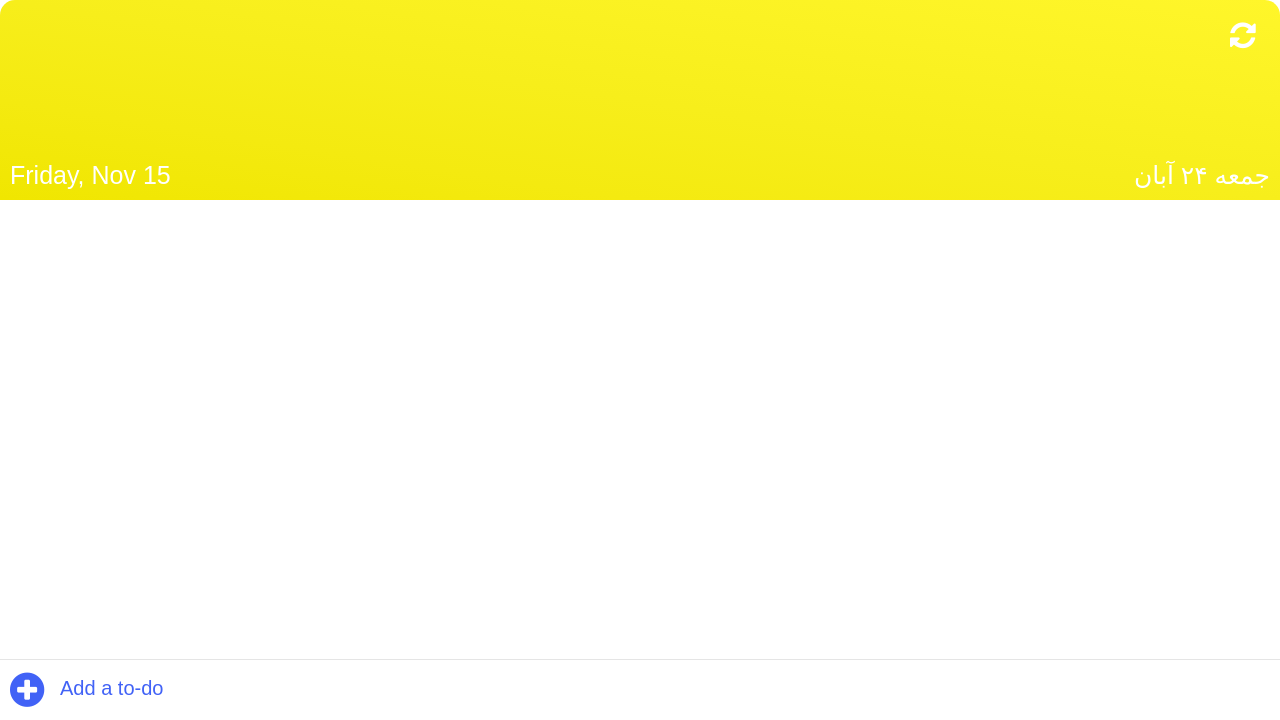
Repository: abouzarSoleymani/todo-js
Page: index.html
These files come from the project's save history. The page is drawn as it stood at one moment and after a run of saves; the edit follows.
The browser window is 1280 px wide. The pictures show the whole page.

Above is the page before, as saved 2019-11-15 16:13:11.

### index.html
<!-- CODE EXPLAINED CHANNEL -->
<!DOCTYPE html>
<html lang="en">
<head>
    <meta charset="UTF-8">
    <title>JavaScript - To Do List</title>
    <link href="https://fonts.googleapis.com/css?family=Roboto|Signika&display=swap" rel="stylesheet">
    <script src="https://unpkg.com/sweetalert/dist/sweetalert.min.js"></script>
        <link rel="stylesheet" href="css/font-awesome.css">
    <link rel="stylesheet" href="css/style.css">
</head>
<body>
    <div class="container">
        <div class="header">
            <div class="clear">
                <i class="fa fa-refresh"></i>
            </div>
            <div id="date"></div>
            <div id="date-fa"></div>
        </div>
        <div class="content">
            <ul id="list">
               <!--
                <li class="item">
                    <i class="fa fa-circle-thin co" job="complete" id="0"></i>
                    <p class="text">Drink Coffee</p>
                    <i class="fa fa-trash-o de" job="delete" id="0"></i>
                </li> -->
            </ul>
        </div>
        <div class="add-to-do">
            <i class="fa fa-plus-circle"></i>
            <input type="text" id="input" placeholder="Add a to-do">
        </div>
    </div>
    <script src="js/app.js"></script>
</body>
</html>

### css/style.css
/* ------------ youtube.com/CodeExplained ------------ */
body{
    padding: 0;
    margin: 0;
    background-color: rgba(255, 255, 255, 0.1);
    font-family: 'Roboto', sans-serif;
    height: 100vh;
}

/* ------------ container ------------ */
.container{
    width:100%;
    height:100%;
    margin:0 auto;
}

/* ------------ header ------------ */
.header{
    width: 100%;
    height:200px;
    background-image: linear-gradient(to right top, #f0e600, #f4ea10, #f7ee1b, #fbf223, #fff62a);
     border-radius: 15px 15px 0 0;
    position: relative;
}
.clear{
    width : 30px;
    height: 30px;
    position: absolute;
    right:20px;
    top: 20px;
}
.clear i{
    font-size: 30px;
    color: #FFF;
}
.clear i:hover{
    cursor: pointer;
    text-shadow: 1px 3px 5px #000;
    transform: rotate(45deg);
}
#date{
    position: absolute;
    bottom: 10px;
    left: 10px;
    color: #FFF;
    font-size: 25px;
    font-family: 'Titillium Web', sans-serif;
}
#date-fa{
    position: absolute;
    bottom: 10px;
    right: 10px;
    color: #FFF;
    font-size: 25px;
    font-family: 'Titillium Web', sans-serif;
}

/* ------------ content ------------ */
.content{
    width:100%;
    height: 350px;
    max-height:350px;
    background-color: #FFF;
    overflow: auto;
    padding-top: 40px;
}
.content::-webkit-scrollbar {
    display: none;
}
.content ul{
    padding:0;
    margin:0;
}
.item{
    width:100%;
    height: 45px;
    min-height: 45px;
    position: relative;
    border-bottom: 1px solid rgba(0,0,0,0.1);
    list-style: none;
    padding: 0;
    margin: 0;
}
.item i.co{
    position: absolute;
    font-size: 25px;
    padding-left:5px;
    left:15px;
    top:10px;
}
.item i.co:hover{
    cursor: pointer;
}
.fa-check-circle{
    color:#6eb200;
}
.item p.text{
    position: absolute;
    padding:0;
    margin:0;
    font-size: 20px;
    left:50px;
    top:5px;
    background-color: #FFF;
}
.lineThrough{
    text-decoration: line-through;
    color : #ccc;
}
.item i.de{
    position: absolute;
    font-size: 25px;
    right:15px;
    top:10px;
}
.item i.de:hover{
    color:#af0000;
    cursor: pointer;
}
/* ------------ add item ------------ */
.add-to-do{
    position: fixed;
    height:40px;
    bottom: 0;
    background-color: #FFF;
    padding: 10px;
    border-top: 1px solid rgba(0,0,0,0.1);
    left: 0;
    right: 0;
}
.add-to-do i{
    position: absolute;
    font-size: 40px;
    color: #4162f6;
}

.add-to-do input{
    position: absolute;
    left: 50px;
    height: 35px;
    background-color: transparent;
    border: none;
    font-size: 20px;
    padding-left:10px;
    width: calc(100% - 85px);
}
.add-to-do input::-webkit-input-placeholder { /* Chrome/Opera/Safari */
    color: #4162f6;
    font-family: 'Titillium Web', sans-serif;
    font-size: 20px;
}
.add-to-do input::-moz-placeholder { /* Firefox 19+ */
    color: #4162f6;
    font-family: 'Titillium Web', sans-serif;
    font-size: 20px;
}
.add-to-do input:-ms-input-placeholder { /* IE 10+ */
    color: #4162f6;
    font-family: 'Titillium Web', sans-serif;
    font-size: 20px;
}
.add-to-do input:-moz-placeholder { /* Firefox 18- */
    color: #4162f6;
    font-family: 'Titillium Web', sans-serif;
    font-size: 20px;
}

### js/app.js
// CODE EXPLAINED channel

// Select the Elements
const clear = document.querySelector(".clear");
const dateElementEN = document.getElementById("date");
const dateElementFA = document.getElementById("date-fa");
const list = document.getElementById("list");
const input = document.getElementById("input");

// Classes names
const CHECK = "fa-check-circle";
const UNCHECK = "fa-circle-thin";
const LINE_THROUGH = "lineThrough";

// Variables
let LIST, id;

// get item from localstorage
let data = localStorage.getItem("TODO");

// check if data is not empty
if(data){
    LIST = JSON.parse(data);
    id = LIST.length; // set the id to the last one in the list
    loadList(LIST); // load the list to the user interface
}else{
    // if data isn't empty
    LIST = [];
    id = uuidv4();
}

// load items to the user's interface
function loadList(array){
    array.forEach(function(item){
        addToDo(item.name, item.id, item.done, item.trash);
    });
}

// clear the local storage
clear.addEventListener("click", function(){
    localStorage.clear();
    location.reload();
});

// Show todays date
const optionsEN = {weekday : "long", month:"short", day:"numeric"};
const optionsFA = { weekday : "long", month:"short", day:"numeric"};
const today = new Date();

dateElementEN.innerHTML = today.toLocaleDateString("en-US", optionsEN);
dateElementFA.innerHTML = today.toLocaleDateString("fa", optionsFA);

// add to do function

function addToDo(toDo, id, done, trash){

    if(trash){ return; }

    const DONE = done ? CHECK : UNCHECK;
    const LINE = done ? LINE_THROUGH : "";
    const item = `<li class="item">
                    <i class="fa ${DONE} co" job="complete" id="${id}"></i>
                    <p class="text ${LINE}">${toDo}</p>
                    <i class="fa fa-trash-o de" job="delete" id="${id}"></i>
                  </li>
                `;

    const position = "beforeend";

    list.insertAdjacentHTML(position, item);
}

// add an item to the list user the enter key
document.addEventListener("keyup",function(even){
    if(event.keyCode == 13){
        const toDo = input.value;

        // if the input isn't empty
        if(toDo){
            addToDo(toDo, id, false, false);

            LIST.push({
                name : toDo,
                id : id,
                done : false,
                trash : false
            });

            // add item to localstorage ( this code must be added where the LIST array is updated)
            localStorage.setItem("TODO", JSON.stringify(LIST));

            id = uuidv4();
        }
        input.value = "";
    }
});


// complete to do
function completeToDo(element){
    element.classList.toggle(CHECK);
    element.classList.toggle(UNCHECK);
    element.parentNode.querySelector(".text").classList.toggle(LINE_THROUGH);

  //  LIST[element.id].done = LIST[element.id].done ? false : true;
    let item = LIST.find(item => item.id == element.id);
        item.done? item.done = false : item.done = true;
    // add item to localstorage ( this code must be added where the LIST array is updated)
    console.log(LIST.find(item => item.id == element.id).done)
    localStorage.setItem("TODO", JSON.stringify(LIST));
}

// remove to do
function removeToDo(element){
    confirm().then((willDelete) => {
        if(!willDelete)
         return;
        LIST.find(item => item.id == element.id).trash = true;
        element.parentNode.parentNode.removeChild(element.parentNode);
        showAlert("Poof! Your imaginary file has been deleted!", true);
         // add item to localstorage ( this code must be added where the LIST array is updated)
        localStorage.setItem("TODO", JSON.stringify(LIST));
        console.log(LIST)
    })

}

// target the items created dynamically

list.addEventListener("click", function(event){
    const element = event.target; // return the clicked element inside list
    const elementJob = element.attributes.job?element.attributes.job.value: ''; // complete or delete
    if(elementJob == "complete"){
        completeToDo(element);
    }else if(elementJob == "delete"){
        removeToDo(element);
    }


});

async function confirm() {
    try{
        let status = await swal({
            title: "Are you sure?",
            text: "Once deleted, you will not be able to recover this imaginary file!",
            icon: "warning",
            buttons: true,
            dangerMode: true,
          })
          return status;
    }catch(e){
        console.log(e)
    }

}
showAlert = (text, status) => {
    if(status){
        swal(text, {
            icon: "success",
          });
    }else{
        swal(text, {
            icon: "error",
          });
    }

}

function uuidv4() {
    return 'xxxxxxxx-xxxx-4xxx-yxxx-xxxxxxxxxxxx'.replace(/[xy]/g, function(c) {
      var r = Math.random() * 16 | 0, v = c == 'x' ? r : (r & 0x3 | 0x8);
      return v.toString(16);
    });
  }

Loaded but not shown: css/font-awesome.css (library)

After the next 2 saves:
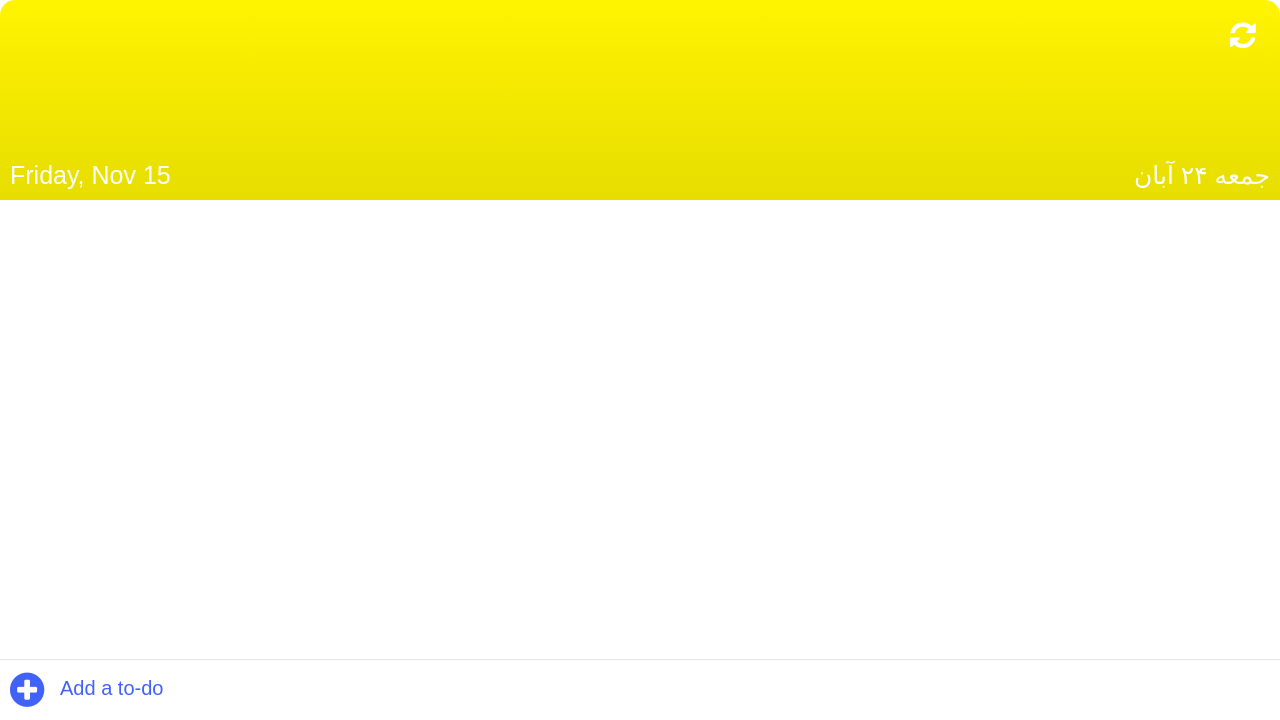
The 2 saves are shown as one change because they came seconds apart.
The last was saved 48 s later.
--- a/css/style.css
+++ b/css/style.css
@@ -18,7 +18,7 @@ body{
 .header{
     width: 100%;
     height:200px;
-    background-image: linear-gradient(to right top, #f0e600, #f4ea10, #f7ee1b, #fbf223, #fff62a);
+    background-image: linear-gradient(to bottom, #fff400, #f9ee00, #f3e800, #ede300, #e7dd00);
      border-radius: 15px 15px 0 0;
     position: relative;
 }
